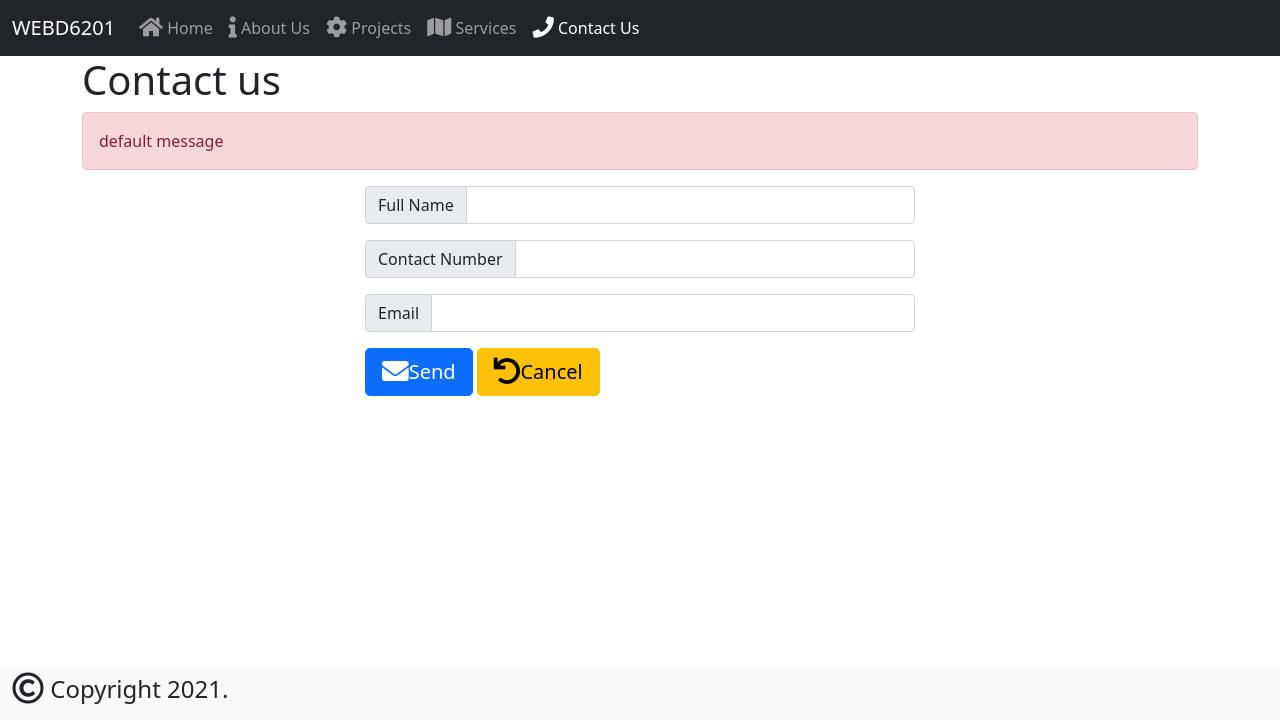
Repository: aphim/Webd6201-wk3
Page: contact.html
An editor plug-in stored every save of this project. The page is shown before and after the next save, followed by the edit.
The browser window is 1280 px wide. The pictures show the whole page.

Above is the page before, as saved 2021-01-21 09:47:30.

### contact.html
<!DOCTYPE html>
<html lang="en">
<head>
    <meta charset="UTF-8">
    <meta name="viewport" content="width=device-width, initial-scale=1.0">
    <title>Contact</title>
    <!-- CSS Section -->
    <link rel="stylesheet" href="./node_modules/bootstrap/dist/css/bootstrap.min.css">
    <link rel="stylesheet" href="./node_modules/@fortawesome/fontawesome-free/css/all.min.css">
    <link rel="stylesheet" href="./Content/app.css">
</head>
<body>
  <!-- Main Header-->
    <header>
      <!-- Main navigation-->
        <nav class="navbar navbar-expand-lg navbar-dark bg-dark">
            <div class="container-fluid">
              <a class="navbar-brand" href="index.html">WEBD6201</a>
              <button class="navbar-toggler" type="button" data-bs-toggle="collapse" data-bs-target="#navbarSupportedContent" aria-controls="navbarSupportedContent" aria-expanded="false" aria-label="Toggle navigation">
                <span class="navbar-toggler-icon"></span>
              </button>
              <div class="collapse navbar-collapse" id="navbarSupportedContent">
                <ul class="navbar-nav me-auto mb-2 mb-lg-0">
                  <li class="nav-item">
                    <a class="nav-link" aria-current="page" href="index.html"><i class="fas fa-home fa-lg"></i> Home</a>
                  </li>

                  <li class="nav-item">
                    <a class="nav-link" aria-current="page" href="about.html"><i class="fas fa-info fa-lg"></i> About Us</a>
                  </li>

                  <li class="nav-item">
                    <a class="nav-link" aria-current="page" href="projects.html"><i class="fas fa-cog fa-lg"></i> Projects</a>
                  </li>

                  <li class="nav-item">
                    <a class="nav-link" aria-current="page" href="services.html"><i class="fas fa-map fa-lg"></i> Services</a>
                  </li>

                  <li class="nav-item">
                    <a class="nav-link active" aria-current="page" href="contact.html"><i class="fas fa-phone fa-lg"></i> Contact Us</a>
                  </li>
                </ul>
              </div>
            </div>
          </nav>
    </header>

<!--Main Content-->
    <main class="container">
        <h1>Contact us</h1>
<div id="messageArea" class="alert alert-danger">default message</div>


<div class="row justify-content-lg-center g-3">
  <form class="col-lg-6 col-md-10 col-sm-10">

    <div class="input-group mb-3">
      <label class="input-group-text" id="inputGroup-sizing-defualt">Full Name</label>
      <input id="fullName" type="text" class="form-control" id="Full Name" aria-describedby="Full Name Input"
      name="fullName" required>
    </div>

    <div class="input-group mb-3">
      <label class="input-group-text" id="inputGroup-sizing-defualt">Contact Number</label>
      <input id="contactNumber" type="tel" class="form-control" id="Contact Number" aria-describedby="Contact Number Input"
      name="contactNumber" required>
    </div>

    <div class="input-group mb-3">
      <label class="input-group-text" id="inputGroup-sizing-defualt">Email</label>
      <input id="emailAddress" type="email" class="form-control" id="Email Address" aria-describedby="Email Address Input"
      name="emailAddress" required>
    </div>

    <button type="submit" class="btn btn-primary btn-lg"><i class="fas fa-envelope fa-lg"></i>Send</button>
    <button type="reset" class="btn btn-warning btn-lg"><i class="fas fa-undo fa-lg"></i>Cancel</button>
  </form>
</div>
    </main>

    <!-- Main footer-->
    <footer>
        <nav class="navbar fixed-bottom navbar-light bg-light">
            <div class="container-fluid">
              <h4><i class="far fa-copyright fa-lg"></i> Copyright 2021.</h4>
            </div>
          </nav>
    </footer>

    <!-- Script Section-->
    <script src="./node_modules/jquery/dist/jquery.min.js"></script>
    <script src="./node_modules/bootstrap/dist/js/bootstrap.bundle.min.js"></script>
    <script src="./Scripts/app.js"></script>
</body>
</html>

### Scripts/app.js
/* custom JavaScript goes here */

//IIFE - Immediately Invoked Function Expression
//AKA - Anonymous Self-Executing Function
//Closure - limits scope leak

"use strict";

(function()
{
function displayHome()
{

        let paragraphOneText = "This is a simple site to demonstrate DOM Manipulation for ICE 1";

        //Different ways to select a paragraph element "paragraph one"
        let paragraphOneElement = document.getElementById("paragraphOne");

        //let paragraphOneParagraph = document.getElementsByTagName("p")[0];
        //let paragraphOneQuery = document.querySelector("p");
        //console.log(paragraphOneElement);
        //console.log(paragraphOneParagraph);
        //console.log(paragraphOneQuery);

        paragraphOneElement.textContent = paragraphOneText;
        paragraphOneElement.className = "fs-5";

        // step 1. Create an element
        let newParagraph = document.createElement("p");
        //step 2. configure element
        newParagraph.setAttribute("id", "paragraphTwo");
        newParagraph.textContent = "...And this is paragraph two";
        //Step 3. select the parent element
        let mainContent = document.getElementsByTagName("main")[0];
        //step 4. Add/insert the element
        mainContent.appendChild(newParagraph);

        newParagraph.className = "fs-6";

        //////another way to add an element ///////
        //let paragraphThree =`<p class="fs-7 fw-bold">And this is the Third Paragraph</p>`;
        //mainContent.innerHTML = paragraphThree;

        let paragraphDiv = document.createElement("div");
        let paragraphThree = `<p id="paragraphThree" class="fs-7 fw-bold">And this is the third paragraph</p>`
        paragraphDiv.innerHTML = paragraphThree;

        //insertion before a node
        //newParagraph.before(paragraphDiv);
        newParagraph.after(paragraphDiv);

        //deletions
        //paragraphOneElement.remove();
        mainContent.removeChild(paragraphOneElement);

        //Update / modification of an element
        //mainContent.firstElementChild.textContent = "Welcome Home!";

        mainContent.innerHTML =
        `<h1 id="firstHeading">Welcome to WEBD6201 - Lab 1</h1>
        <p id="paragraphOne" class="fs-3 fw-bold">This is my first paragraph</p>`

}
function displayAbout()
{

}
function displayProjects()
{

}
function displayServices()
{

}
function displayContact()
{
    let messageArea = document.getElementById("messageArea");
    //messageArea.hidden = true;
    //form validation
    let fullName = document.getElementById("fullName");
    fullName.addEventListener("blur", function()
    {
        if(fullName.value.length < 2)
        {
            fullName.focus();
            fullName.select();
        }
    });
}




    function Start()
    {
        console.log("App Started...");

        switch(document.title)
        {
            case "Home":
                displayHome();
                break;
            case "About":
                displayAbout();
                break;
            case "Projects":
                displayProjects();
                break;
            case "Services":
                displayServices();
                break;
            case "Contact":
                displayContact();
                break;
        }

    }



    window.addEventListener("load", Start);

})();

Loaded but not shown: node_modules/bootstrap/dist/css/bootstrap.min.css (library); node_modules/@fortawesome/fontawesome-free/css/all.min.css (library); Content/app.css (common file); node_modules/jquery/dist/jquery.min.js (library); node_modules/bootstrap/dist/js/bootstrap.bundle.min.js (library)

After the next save:
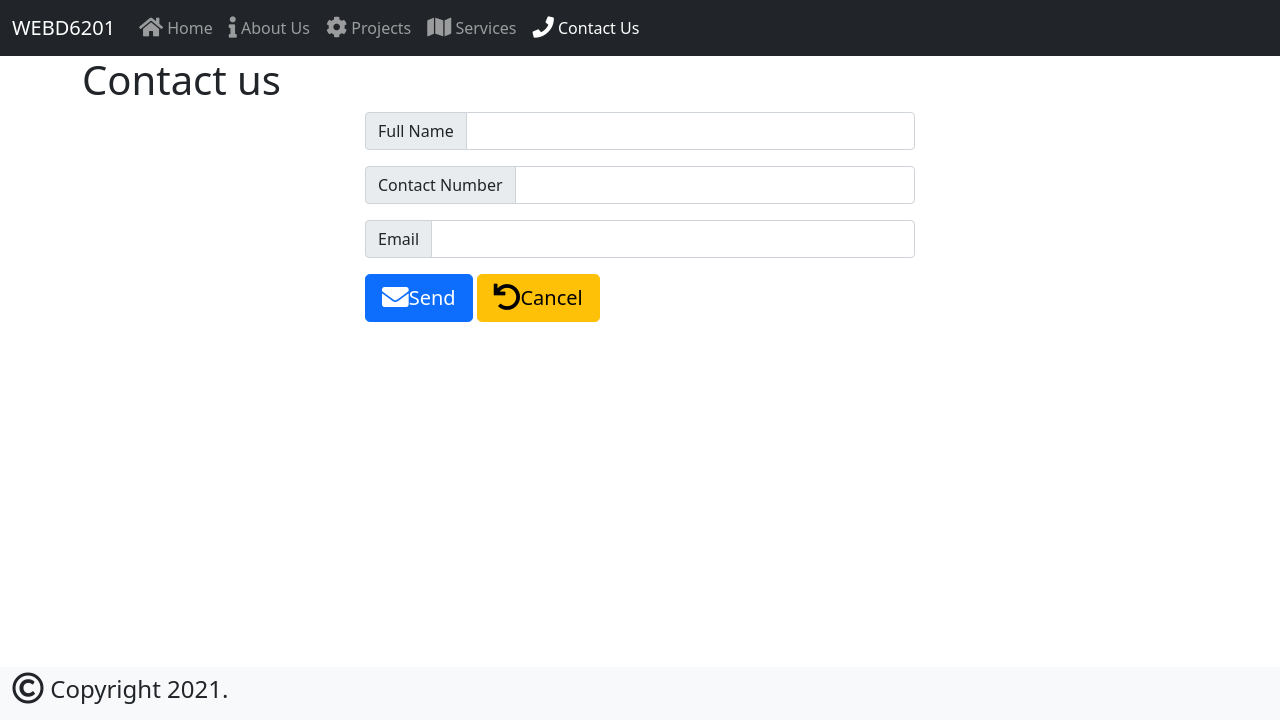
Saved 53 s later.
--- a/Scripts/app.js
+++ b/Scripts/app.js
@@ -76,7 +76,7 @@ function displayServices()
 function displayContact()
 {
     let messageArea = document.getElementById("messageArea");
-    //messageArea.hidden = true;
+    messageArea.hidden = true;
     //form validation
     let fullName = document.getElementById("fullName");
     fullName.addEventListener("blur", function()
@@ -85,6 +85,8 @@ function displayContact()
         {
             fullName.focus();
             fullName.select();
+            messageArea.hidden = false;
+            messageArea.textContent = "Please enter an appropriate Name"
         }
     });
 }
